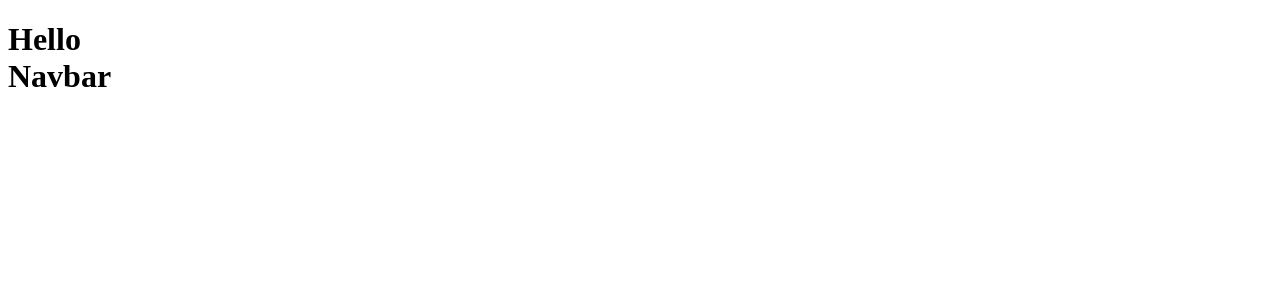
Repository: supakorn5039-boon/React-s
Page: /
The author's editor kept a copy of each file at every save. The page is drawn from the files as they stood at one save, then again after a run of saves.
The browser window is 1280 px wide. The pictures show the whole page.
The project was rebuilt for these pictures with package versions that can differ from the ones it lists, and the page was loaded fresh each time. Also part of the build but not shown: vite.config.js.

Above is the page before, as saved 2024-01-08 23:39:17.

### src/App.jsx
import Navbar from "./components/Navbar";

export default function App() {
  return (
    <h1>
      Hello
      <Navbar />
    </h1>
  );
}

Loaded but not shown: index.html (common file); src/main.jsx (common file); src/components/Navbar.jsx (common file)

After the next 5 saves:
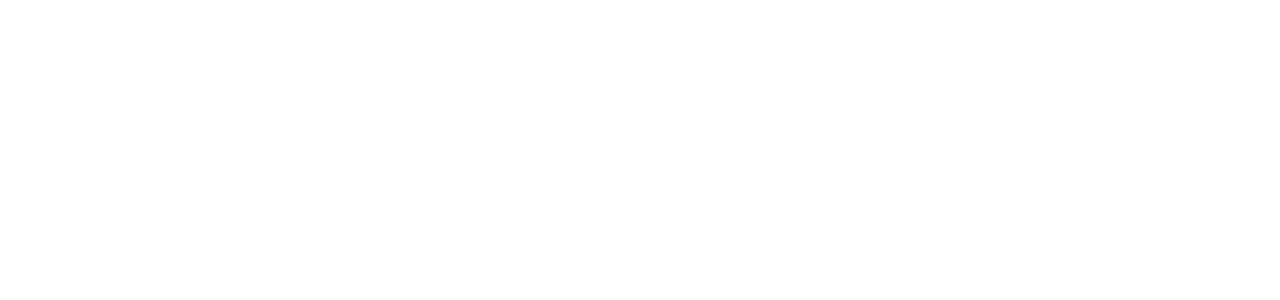
Console error: ReferenceError: Nav is not defined
The 5 saves are shown as one change because they came seconds apart.
The last was saved 14 s later.
--- a/src/App.jsx
+++ b/src/App.jsx
@@ -1,4 +1,4 @@
-import Navbar from "./components/Navbar";
+Nav
 
 export default function App() {
   return (

After the 6 saves that followed:
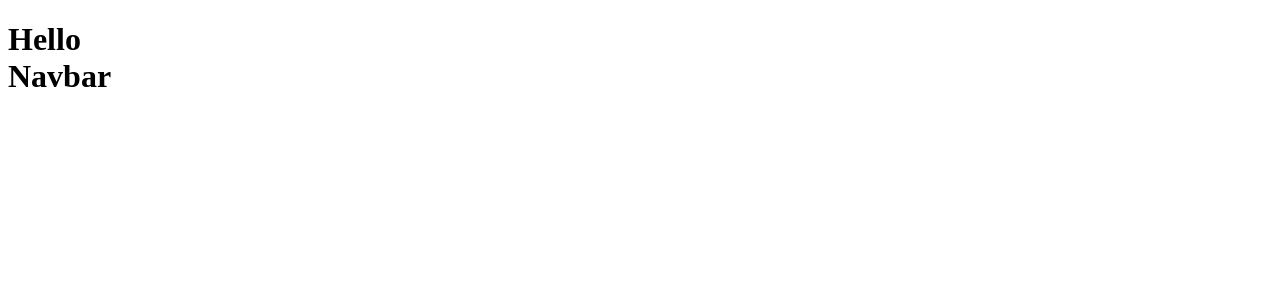
The error is gone.
The 6 saves are shown as one change because 1 did not build or start and some came seconds apart.
The last was saved 21 s later.
--- a/src/App.jsx
+++ b/src/App.jsx
@@ -1,4 +1,4 @@
-Nav
+import Navbar from "./components/Navbar";
 
 export default function App() {
   return (
